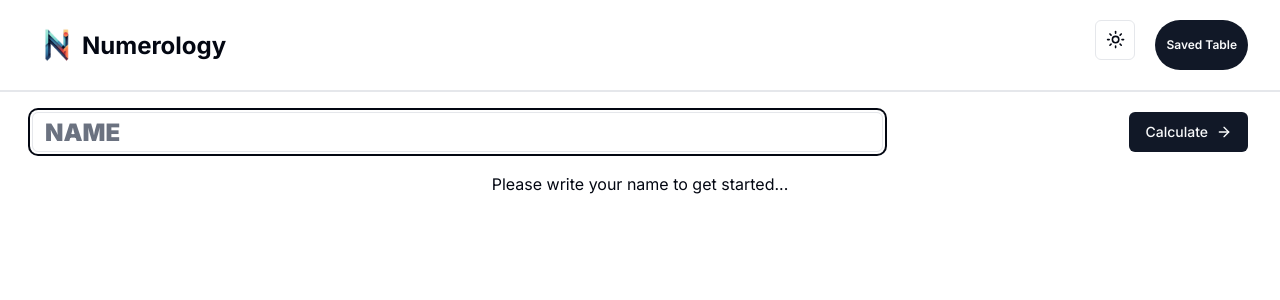
Repository: RaghunadhSahitDruvam/mynumerology
Page: /
The author's editor kept a copy of each file at every save. The page is drawn from the files as they stood at one save, then again after the next save.
The browser window is 1280 px wide. The pictures show the whole page.
The project was rebuilt for these pictures with package versions that can differ from the ones it lists, and the page was loaded fresh each time. The framework's server and built-in components were replaced by stand-ins that run in the browser. Also part of the build but not shown: next.config.js, components/ui/alert-dialog.tsx.

Above is the page before, as saved 2023-12-21 08:44:08.

After the next save:
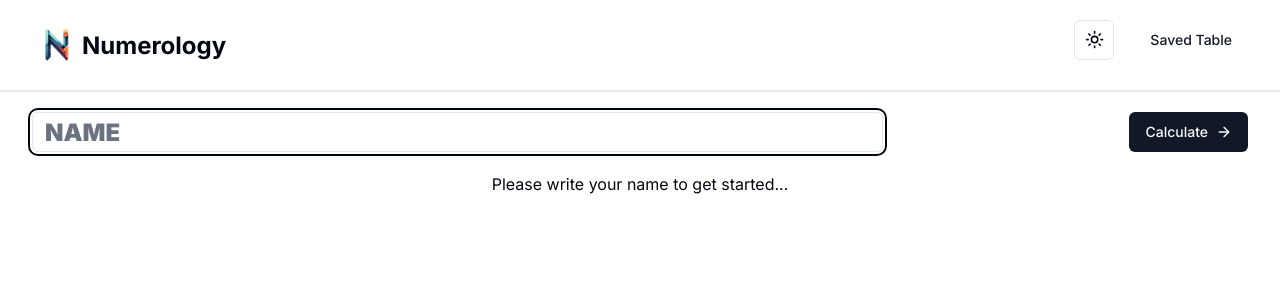
Saved 7 h 21 min later.
--- a/components/header.tsx
+++ b/components/header.tsx
@@ -3,6 +3,7 @@ import { ModeToggle } from "./mode";
 import Link from "next/link";
 import Image from "next/image";
 import { Badge } from "./ui/badge";
+import { Button } from "./ui/button";
 
 const Header = () => {
   return (
@@ -14,9 +15,9 @@ const Header = () => {
         </Link>
         <div className="flex gap-[20px]">
           <ModeToggle />
-          <Badge variant="default">
-            <Link href={"/data"}>Saved Table</Link>
-          </Badge>
+          <Link href={"/data"}>
+            <Button variant={"link"}>Saved Table</Button>{" "}
+          </Link>
         </div>
       </div>
       <div className="border-b-2"></div>
